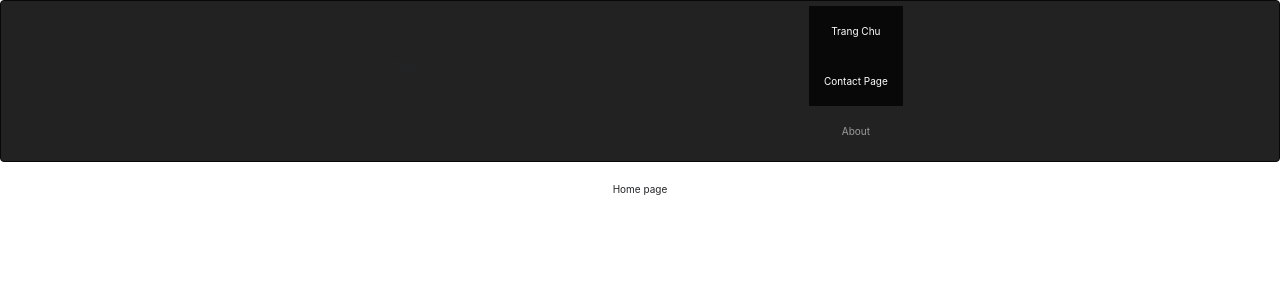
Repository: hntvip/react-route
Page: /
These files come from the project's save history. The page is drawn as it stood at one moment and after the next save; the edit follows.
The browser window is 1280 px wide. The pictures show the whole page.
The project was rebuilt for these pictures with package versions that can differ from the ones it lists, and the page was loaded fresh each time. Also part of the build but not shown: src/components/About.js.

Above is the page before, as saved 2019-11-27 16:40:00.

### public/index.html
<!DOCTYPE html>
<html lang="en">
  <head>
    <meta charset="utf-8" />
    <link rel="icon" href="%PUBLIC_URL%/favicon.ico" />
    <meta name="viewport" content="width=device-width, initial-scale=1" />
    <meta name="theme-color" content="#000000" />
    <meta
      name="description"
      content="Web site created using create-react-app"
    />
    <link rel="apple-touch-icon" href="logo192.png" />
    <!--
      manifest.json provides metadata used when your web app is installed on a
      user's mobile device or desktop. See https://developers.google.com/web/fundamentals/web-app-manifest/
    -->
    <link rel="manifest" href="%PUBLIC_URL%/manifest.json" />
    <!--
      Notice the use of %PUBLIC_URL% in the tags above.
      It will be replaced with the URL of the `public` folder during the build.
      Only files inside the `public` folder can be referenced from the HTML.

      Unlike "/favicon.ico" or "favicon.ico", "%PUBLIC_URL%/favicon.ico" will
      work correctly both with client-side routing and a non-root public URL.
      Learn how to configure a non-root public URL by running `npm run build`.
    -->
    <title>React App</title>

    <!-- Latest compiled and minified CSS & JS -->
    <link rel="stylesheet" media="screen" href="//netdna.bootstrapcdn.com/bootstrap/3.3.4/css/bootstrap.min.css">
    <script src="//code.jquery.com/jquery.js"></script>
    <script src="//netdna.bootstrapcdn.com/bootstrap/3.3.4/js/bootstrap.min.js"></script>

  </head>
  <body>
    <noscript>You need to enable JavaScript to run this app.</noscript>
    <div id="root"></div>
    <!--
      This HTML file is a template.
      If you open it directly in the browser, you will see an empty page.

      You can add webfonts, meta tags, or analytics to this file.
      The build step will place the bundled scripts into the <body> tag.

      To begin the development, run `npm start` or `yarn start`.
      To create a production bundle, use `npm run build` or `yarn build`.
    -->
  </body>
</html>

### src/index.js
import React from 'react';
import ReactDOM from 'react-dom';
import './index.css';
import App from './App';
import * as serviceWorker from './serviceWorker';

import '../node_modules/bootstrap/dist/css/bootstrap.css';

ReactDOM.render(<App />, document.getElementById('root'));

// If you want your app to work offline and load faster, you can change
// unregister() to register() below. Note this comes with some pitfalls.
// Learn more about service workers: https://bit.ly/CRA-PWA
serviceWorker.unregister();

### src/App.js
import React from 'react';
import './App.css';
import { BrowserRouter as Router, Route, Link} from 'react-router-dom';
import About from './components/About';
import Home from './components/Home';

function App() {
  return (
    <Router>
      <div className="App">
        <nav className="navbar navbar-inverse">
          <a  className="navbar-brand">Title</a>
          <ul className="nav navbar-nav">
            <li className="active">
              <Link to="/">Trang Chu</Link>
            </li>
            <li className="active">
              <Link to="/">Contact Page</Link>
            </li>
            <li>
              <Link to="/about">About</Link>
            </li>
          </ul>
        </nav>
        {/* Noi Dung */}
        <Route path="/" exact component={Home}></Route>
        <Route path="/about" component={About}></Route>
      </div>
    </Router>
  );
}

export default App;

### src/components/Home.js
import React from 'react';

function Home() {
  return (
    <div>Home page</div>
  );
}

export default Home;

Loaded but not shown: src/index.css (common file); src/serviceWorker.js (common file); src/App.css (common file)

After the next save:
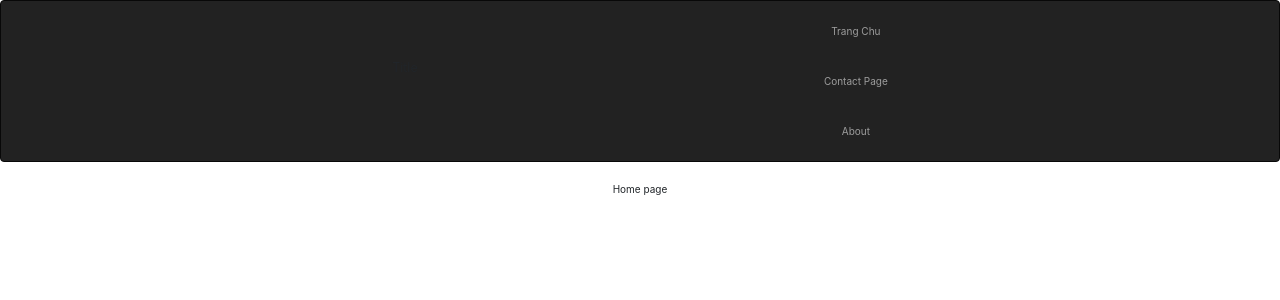
Saved 9 s later.
--- a/src/App.js
+++ b/src/App.js
@@ -11,10 +11,10 @@ function App() {
         <nav className="navbar navbar-inverse">
           <a  className="navbar-brand">Title</a>
           <ul className="nav navbar-nav">
-            <li className="active">
+            <li>
               <Link to="/">Trang Chu</Link>
             </li>
-            <li className="active">
+            <li>
               <Link to="/">Contact Page</Link>
             </li>
             <li>
